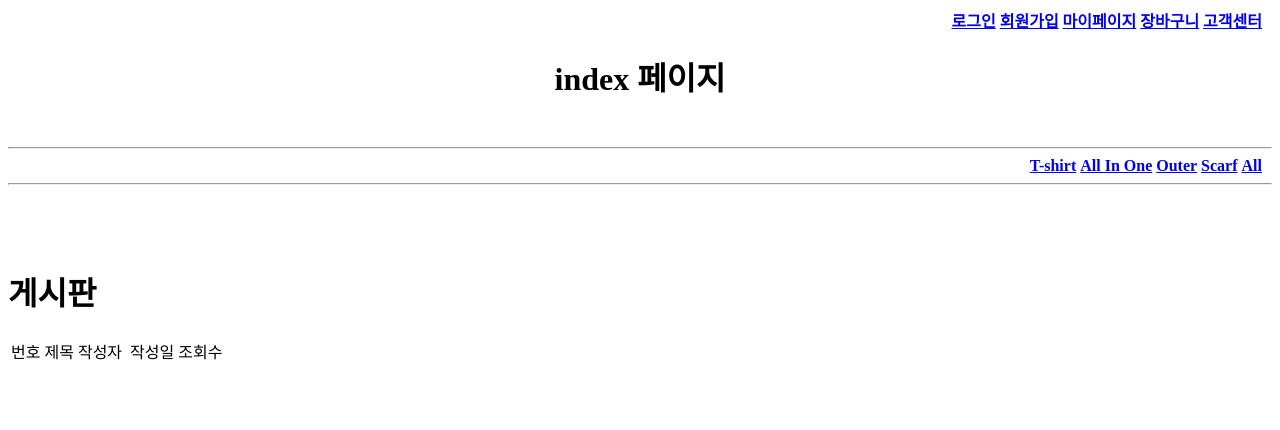
Repository: leeseungho1994/shopping
Page: http://localhost/shopping/WEB-INF/views/center/board.jsp
The author's editor kept a copy of each file at every save. The page is drawn from the files as they stood at one save, then again after the next save.
The browser window is 1280 px wide. The pictures show the whole page.
The page is served by Tomcat 9. Nobody is signed in. The template is opened directly, without the code that normally fills it, so the values that code supplies are empty.

Above is the page before, as saved 2020-12-10 14:25:23.

After the next save:
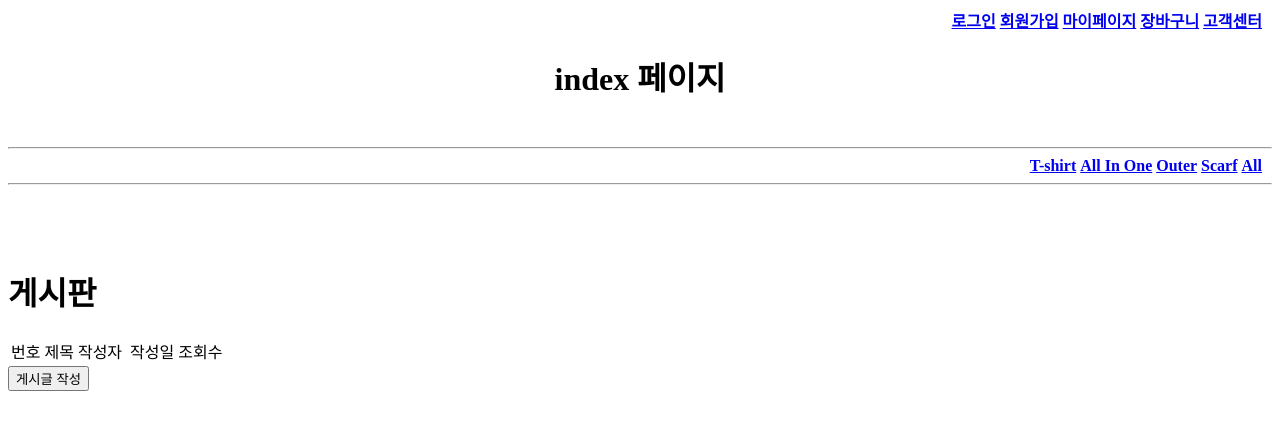
Saved 2 min 7 s later.
--- a/shopping/src/main/webapp/WEB-INF/views/center/board.jsp
+++ b/shopping/src/main/webapp/WEB-INF/views/center/board.jsp
@@ -15,5 +15,6 @@
 		<td>번호</td><td>제목</td><td>작성자</td><td></td><td>작성일</td><td>조회수</td>
 	</tr>
 </table>
+<input type="button" value="게시글 작성" onclick="location.href('')">
 </body>
 </html>
